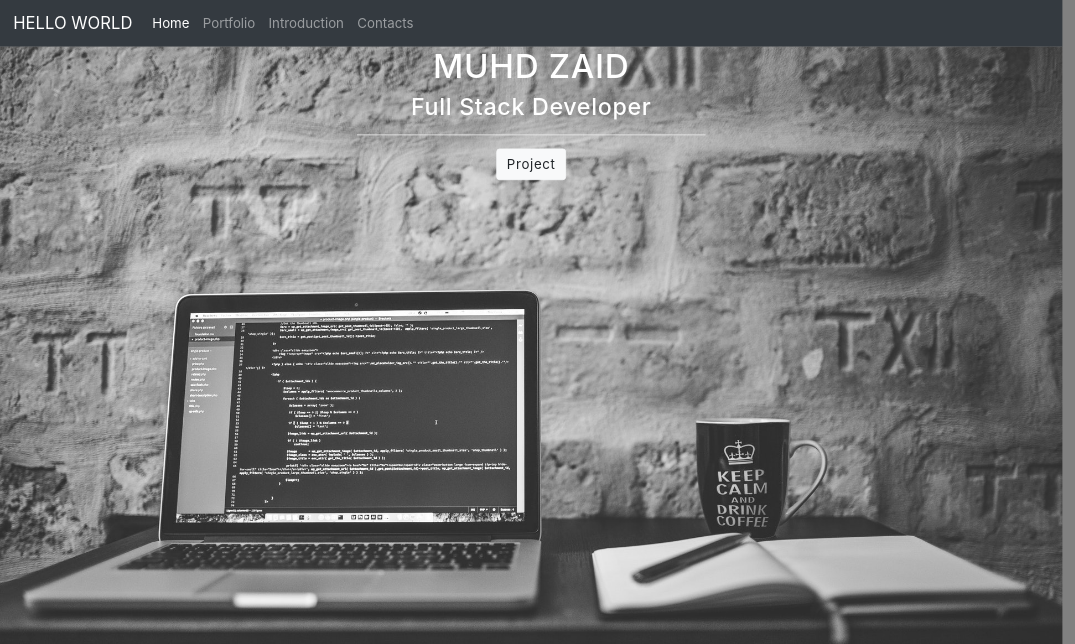
Repository: Code-Institute-Submissions/Zaidcoll-Project1
Page: index.html
The author's editor kept a record of every edit. The page is drawn from the files as they stood at one moment, then again after the next edit.
The browser window is 1280 px wide. The page is 1295 px wide, so the pictures cover 1295 px, including what lies to the right of the window. The pictures show the whole page, at 83% of full size.

Above is the page before.

After the next edit:
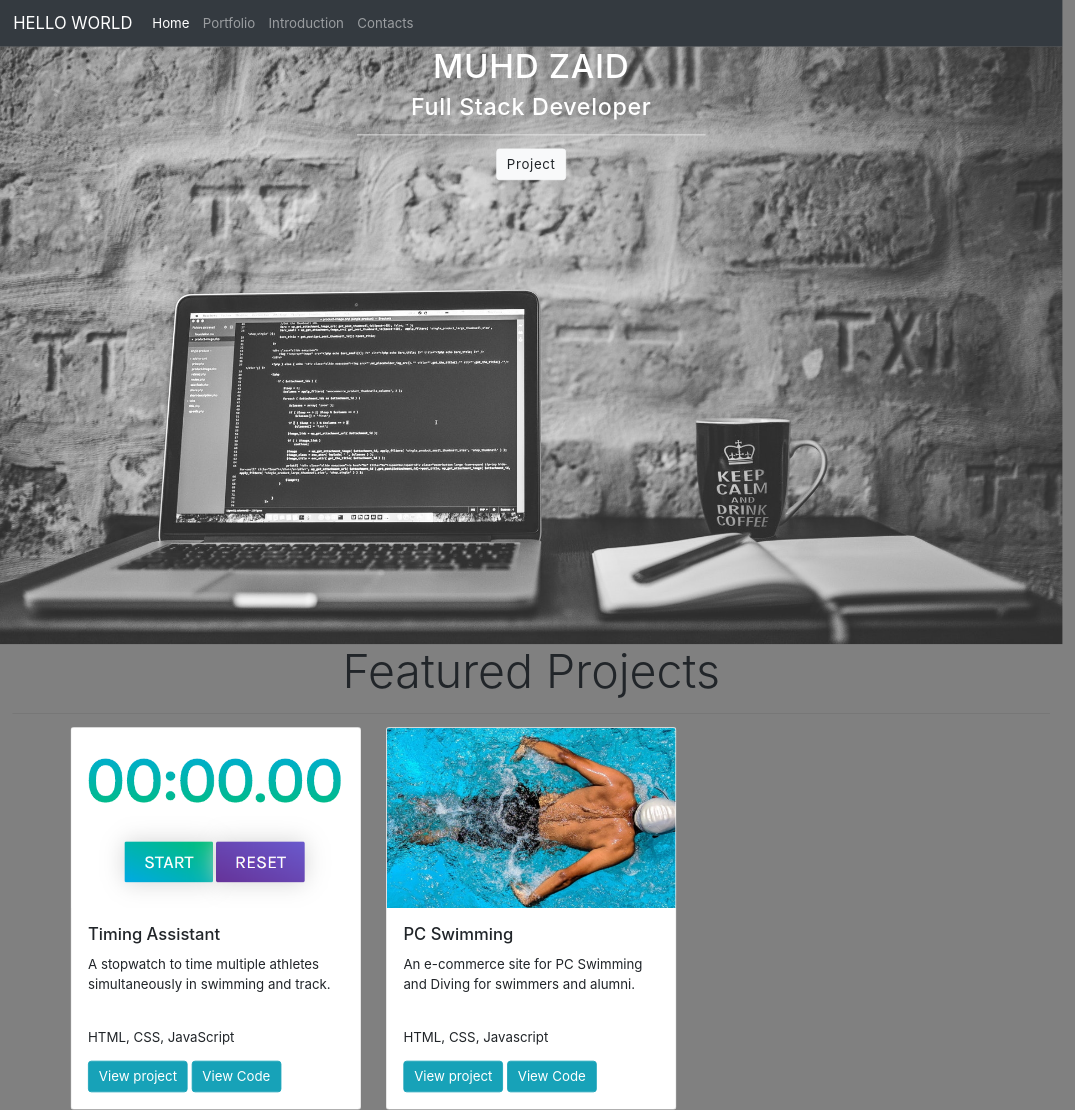
The edit:
--- a/index.html
+++ b/index.html
@@ -41,6 +41,46 @@
     </div>
   </div>
 
+  <div class = 'container-fluid'>
+    <div class = 'row text-center'>
+      <div class = 'col-12'>
+        <a name = 'portfolio'>
+        <h1 class = 'display-4 title-style'>Featured Projects </h1>
+        <hr>
+      </div>
+    </div>
+  </div>
+
+  <div class = 'container'>
+    <div class = 'row align-text'>
+      <div class = 'col-md-4'>
+        <div class = 'card'>
+          <a href='https://timing-assistant.herokuapp.com' target='_blank'>
+            <img class="card-img-top" src="images/image-1.PNG" alt="Timewatch">
+          </a>
+          <div class="card-body">
+            <h5 class="card-title">Timing Assistant</h5>
+            <p class="card-text">A stopwatch to time multiple athletes simultaneously in swimming and track.</p> </br> <p class = 'card-style'>HTML, CSS, JavaScript</p>
+            <a href="https://timing-assistant.herokuapp.com" class="btn btn-info" target='_blank'>View project</a>
+            <a href="https://github.com/hschafer2017/Sports-Multi-timer-Assistant" class="btn btn-info" target='_blank'>View Code</a>
+          </div>
+        </div>
+      </div>
+
+      <div class = 'col-md-4'>
+        <div class = 'card card-2'>
+          <a href ='https://pcswimming-project.herokuapp.com'target='_blank'>
+          <img class="card-img-top" src="Images/image-2.jpg" alt="Swimmer">
+          </a>
+          <div class="card-body">
+            <h5 class="card-title">PC Swimming</h5>
+            <p class="card-text">An e-commerce site for PC Swimming and Diving for swimmers and alumni.</p> </br> <p class = 'card-style'>HTML, CSS, Javascript</p>
+            <a href="https://pcswimming-project.herokuapp.com" class="btn btn-info"target='_blank'>View project</a>
+            <a href="https://github.com/hschafer2017/PCSwimming" class="btn btn-info"target='_blank'>View Code</a>
+          </div>
+        </div>
+      </div>
+
 
     <script src="https://code.jquery.com/jquery-3.3.1.slim.min.js" integrity="sha384-q8i/X+965DzO0rT7abK41JStQIAqVgRVzpbzo5smXKp4YfRvH+8abtTE1Pi6jizo" crossorigin="anonymous"></script>
     <script src="https://cdnjs.cloudflare.com/ajax/libs/popper.js/1.14.7/umd/popper.min.js" integrity="sha384-UO2eT0CpHqdSJQ6hJty5KVphtPhzWj9WO1clHTMGa3JDZwrnQq4sF86dIHNDz0W1" crossorigin="anonymous"></script>
